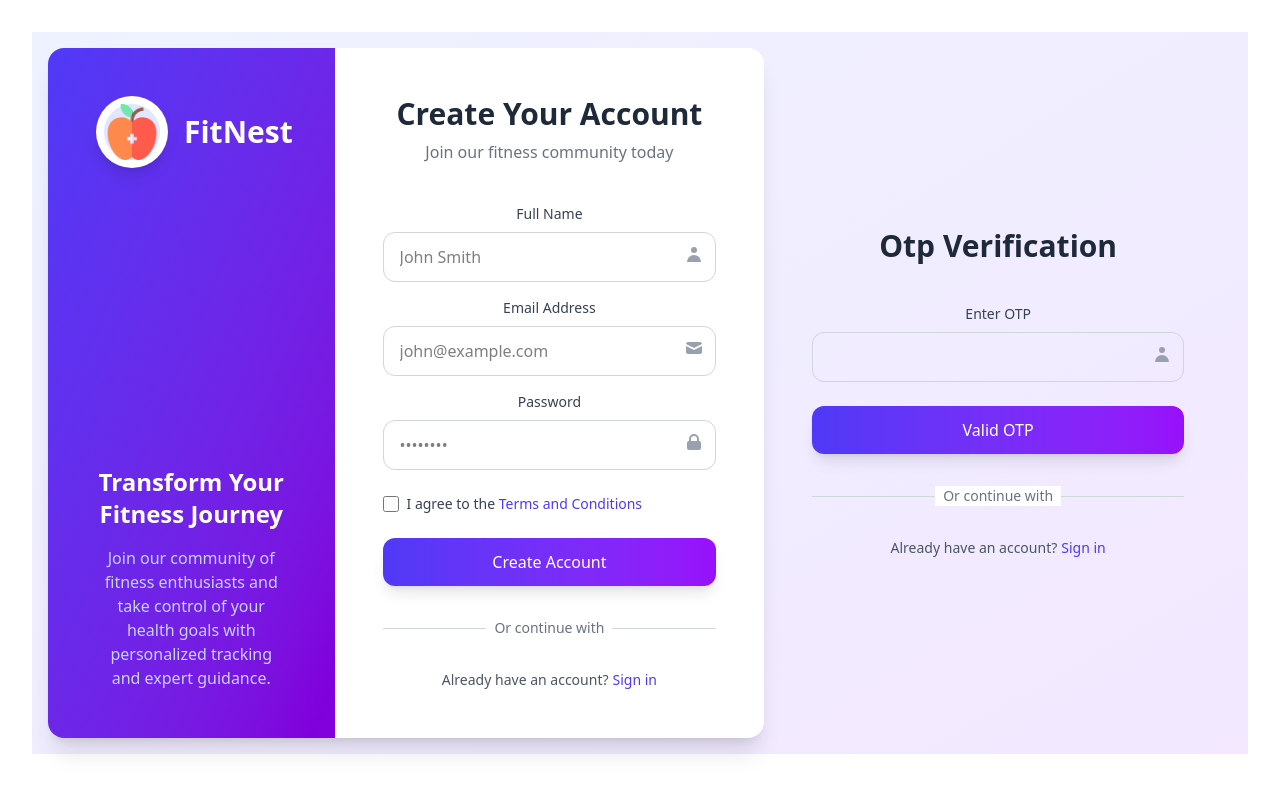
Repository: aryan151pratap/FitPanda
Page: / (app in frontened/)
The author's editor kept a copy of each file at every save. The page is drawn from the files as they stood at one save, then again after the next save.
The browser window is 1280 px wide. The pictures show the whole page.
The project was rebuilt for these pictures with package versions that can differ from the ones it lists, and the page was loaded fresh each time. Also part of the build but not shown: frontened/vite.config.js.

Above is the page before, as saved 2025-06-03 23:35:00.

After the next save:
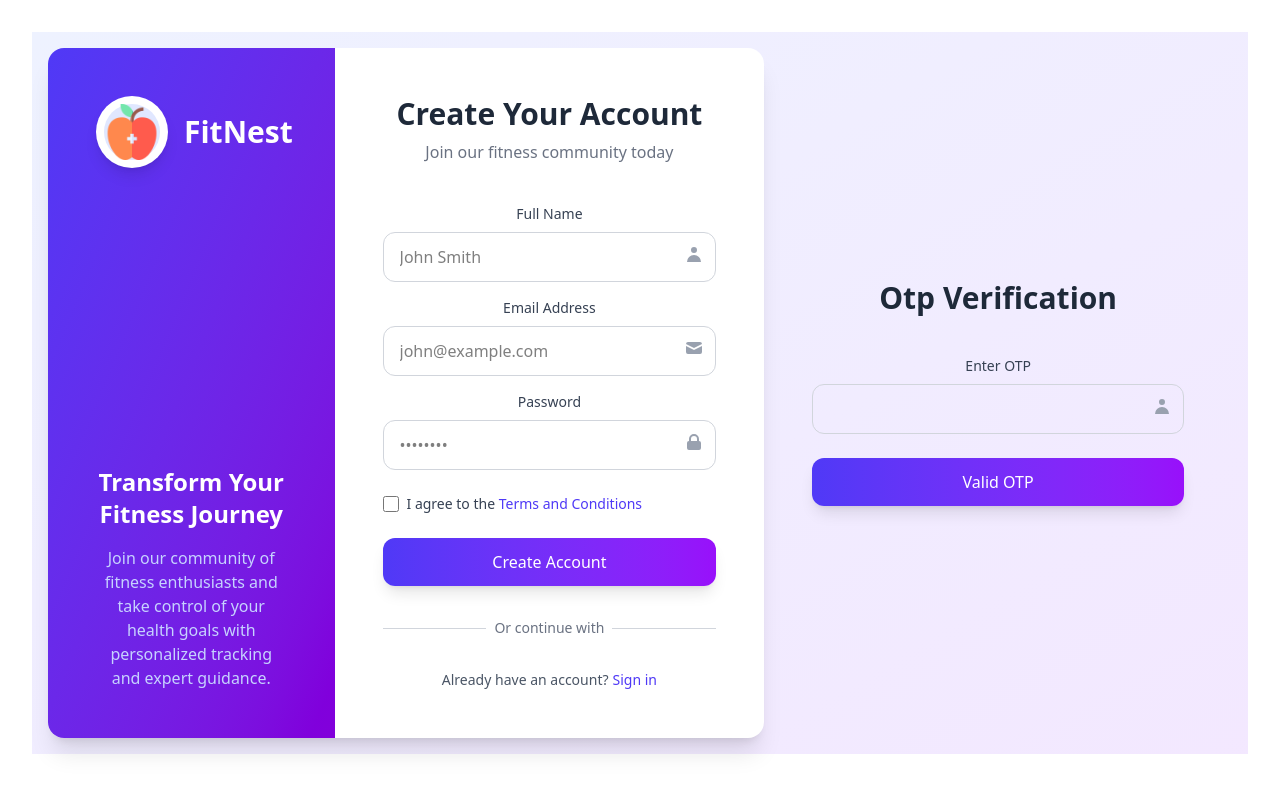
Saved 19 s later.
--- a/frontened/src/login/otp.jsx
+++ b/frontened/src/login/otp.jsx
@@ -34,23 +34,7 @@ function Otp(){
 				</button>
             </form>
 
-            <div className="mt-8">
-              <div className="relative">
-                <div className="absolute inset-0 flex items-center">
-                  <div className="w-full border-t border-gray-300"></div>
-                </div>
-                <div className="relative flex justify-center text-sm">
-                  <span className="px-2 bg-white text-gray-500">Or continue with</span>
-                </div>
-              </div>
 
-              <div className="mt-8 text-center text-sm text-gray-600">
-                Already have an account?
-                <a href="#" className="ml-1 font-medium text-indigo-600 hover:text-indigo-500 hover:underline">
-                  Sign in
-                </a>
-              </div>
-            </div>
           </div>
 		</>
 	)
